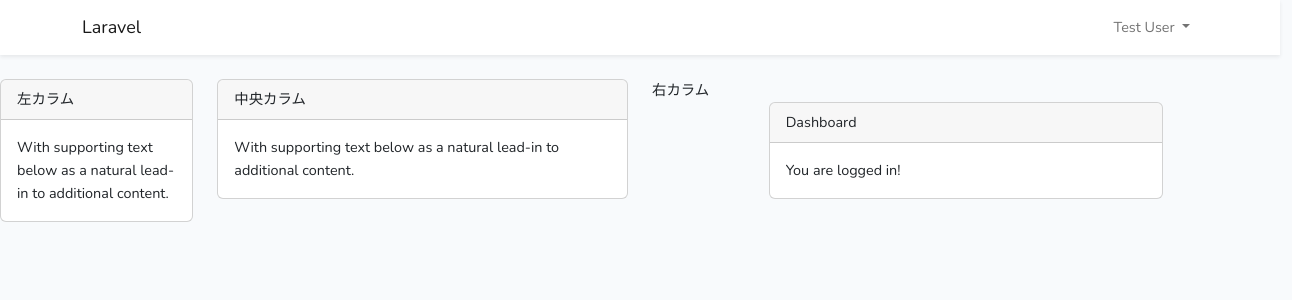
Repository: OkunoTaichi/laravel-simple-memo
Page: http://localhost/home
The author's editor kept a copy of each file at every save. The page is drawn from the files as they stood at one save, then again after the next save.
The browser window is 1280 px wide. The page is 1292 px wide, so the pictures cover 1292 px, including what lies to the right of the window. The pictures show the whole page.
The page is served by the project's Laravel application, run on PHP 8.4 with Laravel 8. A made-up administrator, Test User (test@example.com), is signed in. Other server files are loaded and not shown. Queries for data that is not in the repository find no rows.

Above is the page before, as saved 2022-11-09 18:43:44.

### app/Providers/AppServiceProvider.php
<?php

namespace App\Providers;

use Illuminate\Support\ServiceProvider;
use App\Models\Memo;

class AppServiceProvider extends ServiceProvider
{
    /**
     * Register any application services.
     *
     * @return void
     */
    public function register()
    {
        //
    }

    /**
     * Bootstrap any application services.
     *
     * @return void
     */
    public function boot()
    {
        // 全てのメソッドが呼ばれる前より先に呼ばれるメソッド
        view()->composer('*' , function($view){
            $memos = Memo::select('memos.*')
                ->where('user_id', '=' , \Auth::id())//ユーザーIDとログインしているIDが同じもので
                ->whereNull('deleted_at')//デリートの履歴がないもので
                ->orderBy('updated_at', 'DESC')//アップデートされた日時が新しいものから
                ->get();// DBに架空のデータを作成し、上記の項目が正しくできているか確認する。

            $view->with('memos', $memos);
        });

    }
}

### resources/views/layouts/app.blade.php
<!doctype html>
<html lang="{{ str_replace('_', '-', app()->getLocale()) }}">
<head>
    <meta charset="utf-8">
    <meta name="viewport" content="width=device-width, initial-scale=1">

    <!-- CSRF Token -->
    <meta name="csrf-token" content="{{ csrf_token() }}">

    <title>{{ config('app.name', 'Laravel') }}</title>

    <!-- Scripts -->
    <script src="{{ asset('js/app.js') }}" defer></script>

    <!-- Fonts -->
    <link rel="dns-prefetch" href="//fonts.gstatic.com">
    <link href="https://fonts.googleapis.com/css?family=Nunito" rel="stylesheet">

    <!-- Styles -->
    <link href="{{ asset('css/app.css') }}" rel="stylesheet">
</head>
<body>
    <div id="app">
        <nav class="navbar navbar-expand-md navbar-light bg-white shadow-sm">
            <div class="container">
                <a class="navbar-brand" href="{{ url('/') }}">
                    {{ config('app.name', 'Laravel') }}
                </a>
                <button class="navbar-toggler" type="button" data-bs-toggle="collapse" data-bs-target="#navbarSupportedContent" aria-controls="navbarSupportedContent" aria-expanded="false" aria-label="{{ __('Toggle navigation') }}">
                    <span class="navbar-toggler-icon"></span>
                </button>

                <div class="collapse navbar-collapse" id="navbarSupportedContent">
                    <!-- Left Side Of Navbar -->
                    <ul class="navbar-nav me-auto">

                    </ul>

                    <!-- Right Side Of Navbar -->
                    <ul class="navbar-nav ms-auto">
                        <!-- Authentication Links -->
                        @guest
                            @if (Route::has('login'))
                                <li class="nav-item">
                                    <a class="nav-link" href="{{ route('login') }}">{{ __('Login') }}</a>
                                </li>
                            @endif

                            @if (Route::has('register'))
                                <li class="nav-item">
                                    <a class="nav-link" href="{{ route('register') }}">{{ __('Register') }}</a>
                                </li>
                            @endif
                        @else
                            <li class="nav-item dropdown">
                                <a id="navbarDropdown" class="nav-link dropdown-toggle" href="#" role="button" data-bs-toggle="dropdown" aria-haspopup="true" aria-expanded="false" v-pre>
                                    {{ Auth::user()->name }}
                                </a>

                                <div class="dropdown-menu dropdown-menu-end" aria-labelledby="navbarDropdown">
                                    <a class="dropdown-item" href="{{ route('logout') }}"
                                       onclick="event.preventDefault();
                                                     document.getElementById('logout-form').submit();">
                                        {{ __('Logout') }}
                                    </a>

                                    <form id="logout-form" action="{{ route('logout') }}" method="POST" class="d-none">
                                        @csrf
                                    </form>
                                </div>
                            </li>
                        @endguest
                    </ul>
                </div>
            </div>
        </nav>

        <!-- 3カラムに変更 -->
        <main class="py-4">
            <div class="row">
                <div class="col-md-2">
                    <div class="card">
                        <div class="card-header">左カラム</div>
                        <div class="card-body">
                            <p class="card-text">With supporting text below as a natural lead-in to additional content.</p>
                        </div>
                    </div>
                </div>
                <div class="col-md-4">
                    <div class="card">
                        <div class="card-header">中央カラム</div>
                        <div class="card-body">
                            <p class="card-text">With supporting text below as a natural lead-in to additional content.</p>
                        </div>
                    </div>
                </div>
                <div class="col-md-6">
                    右カラム
                    @yield('content')
                </div>
            </div>
        </main>
    </div>
</body>
</html>

Loaded but not shown: routes/web.php (common file); app/Http/Controllers/Auth/ConfirmPasswordController.php (common file); app/Http/Controllers/Controller.php (common file); app/Models/User.php (common file); app/Http/Controllers/HomeController.php (common file); app/Models/Memo.php (common file); resources/views/home.blade.php (common file); public/css/app.css (library)

After the next save:
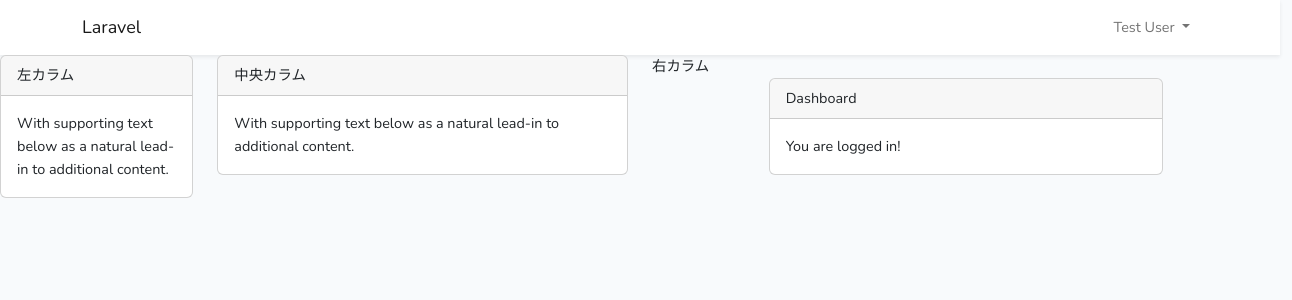
Saved 88 s later.
--- a/resources/views/layouts/app.blade.php
+++ b/resources/views/layouts/app.blade.php
@@ -76,7 +76,7 @@
         </nav>
 
         <!-- 3カラムに変更 -->
-        <main class="py-4">
+        <main class="">
             <div class="row">
                 <div class="col-md-2">
                     <div class="card">
